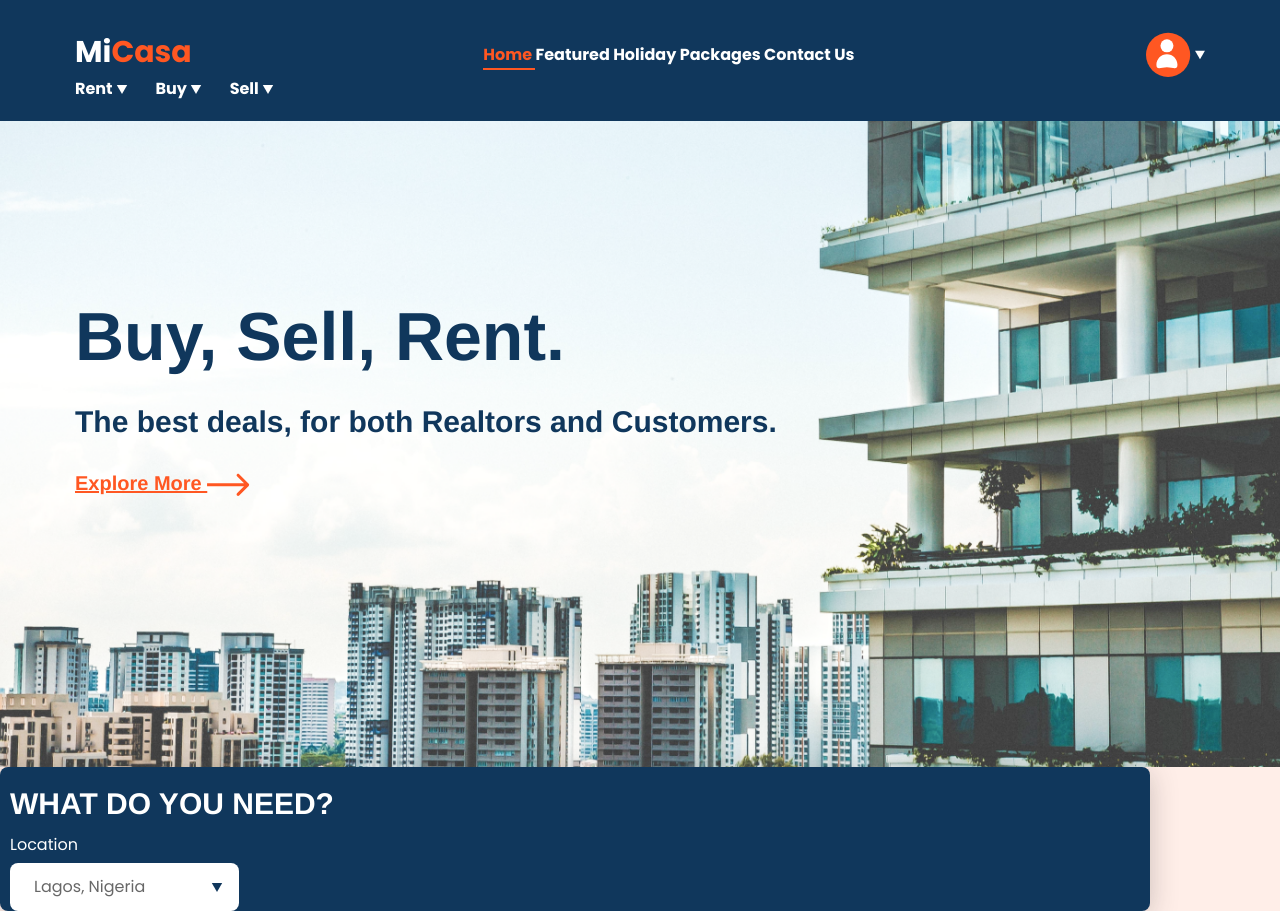
Repository: BenUnyolo/micasa-frontend
Page: index.html
The author's editor kept a copy of each file at every save. The page is drawn from the files as they stood at one save, then again after the next save.
The browser window is 1280 px wide. The pictures show the whole page.

Above is the page before, as saved 2021-10-17 11:53:14.

After the next save:
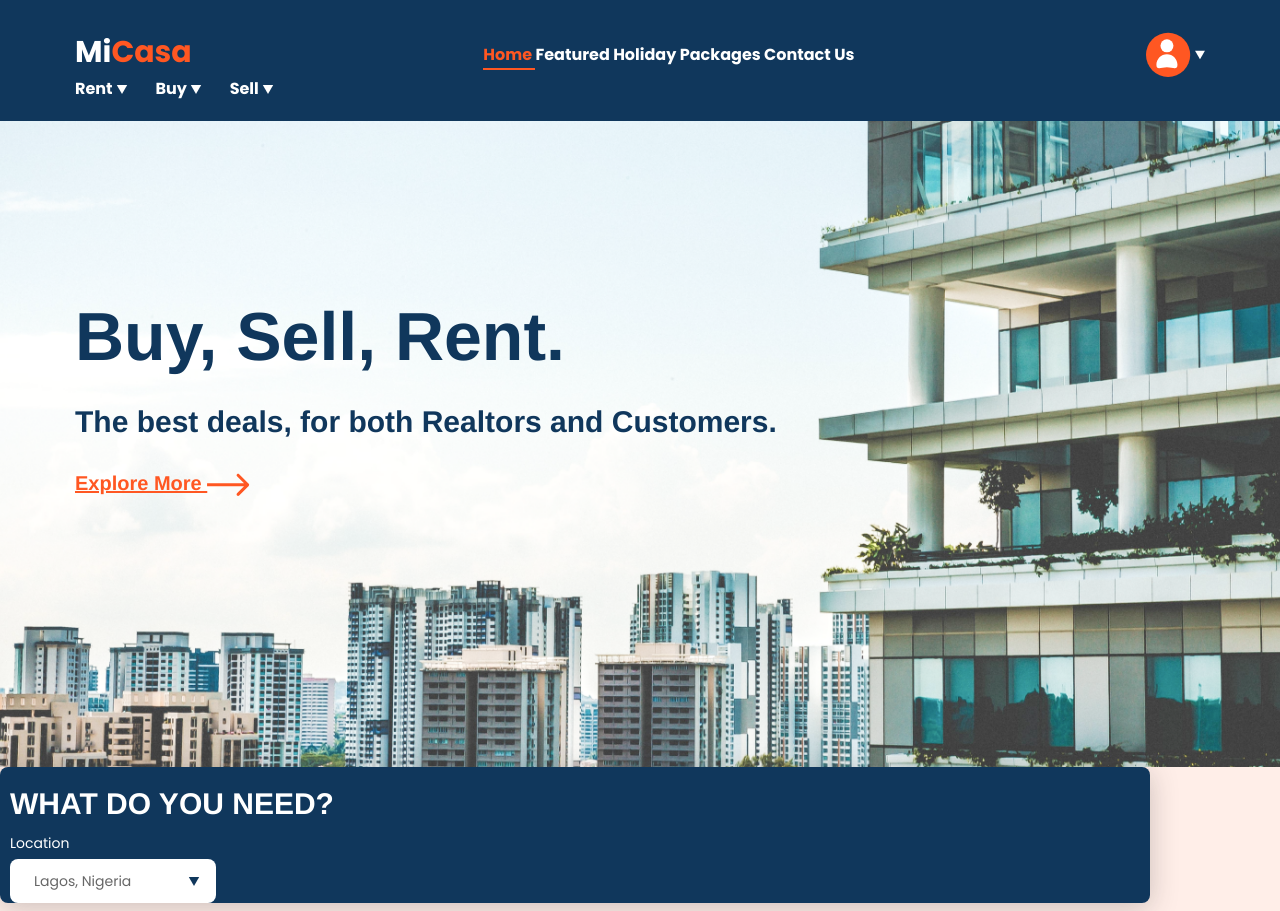
Saved 104 s later.
--- a/index.html
+++ b/index.html
@@ -137,7 +137,7 @@
     <div class="relative">
       <!-- what do you need -->
       <div
-        class="absolute w-full pt-5 text-white rounded-lg  font-poppins px-28 bg-primary-600 absolute-center inner-container -top-32"
+        class="absolute w-full pt-5 text-sm text-white rounded-lg  font-poppins px-28 bg-primary-600 absolute-center inner-container -top-32"
         id="homepage-search"
       >
         <h2 class="uppercase">What do you need?</h2>
